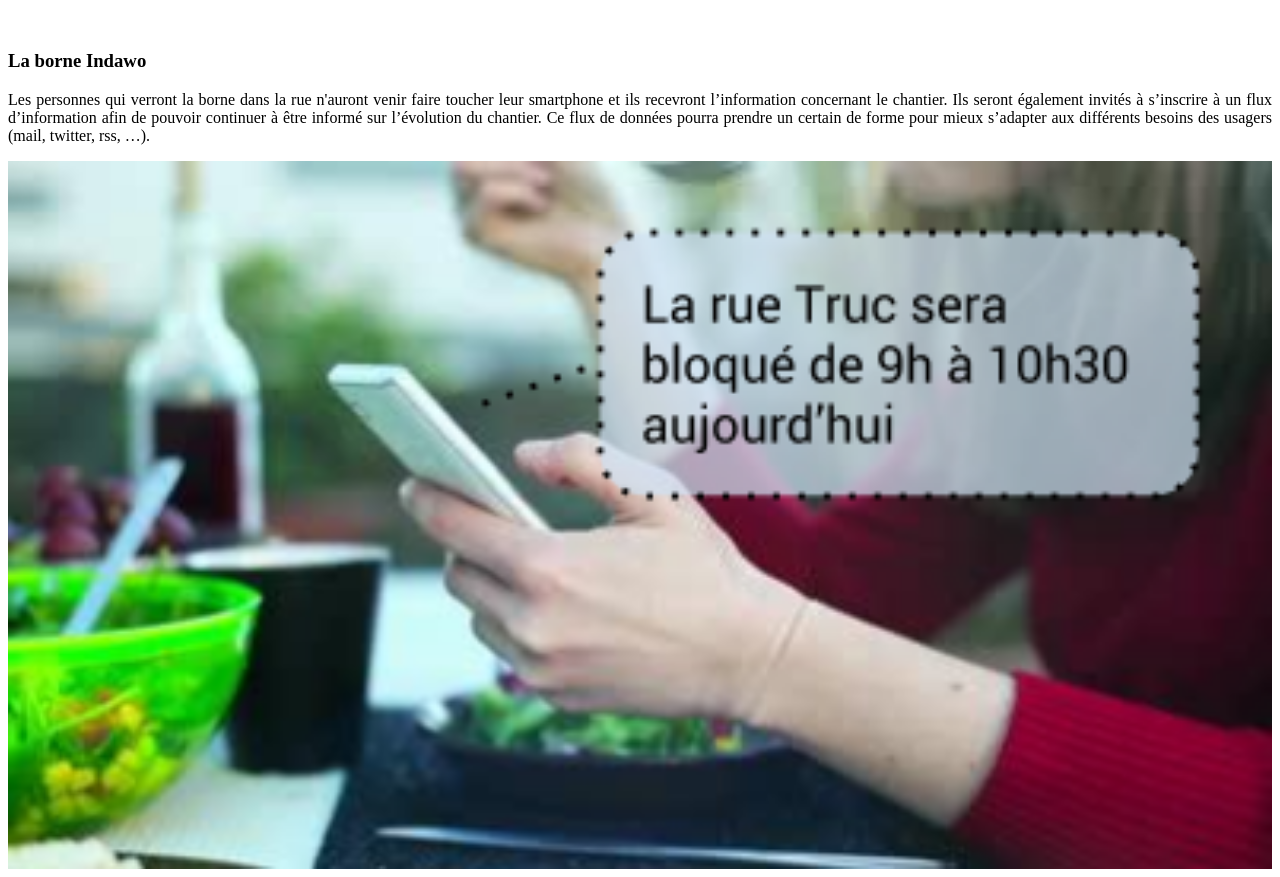
Repository: PierreGauthier/DU-Phase2
Page: duphase2/templates/1indawo1.html
The author's editor kept a record of every edit. The page is drawn from the files as they stood at one moment, then again after the next edit.
The browser window is 1280 px wide. The pictures show the whole page.
The template is drawn by Django 2.2. The application's start-up code is not run. Other server files are loaded and not shown. The template is opened directly, without the code that normally fills it, so the values that code supplies are empty.

Above is the page before.

### duphase2/templates/1indawo1.html

<div class="ui grid">
   <div class="eight wide column" style="text-align:justify;vertical-align: center;" >
       <h3 style="margin-top:50px;">La borne Indawo</h3>
       <p>Les personnes qui verront la borne dans la rue n'auront venir faire toucher leur smartphone et ils recevront l’information concernant le chantier. Ils seront également invités à s’inscrire à un flux d’information afin de pouvoir continuer à être informé sur l’évolution du chantier.
       Ce flux de données pourra prendre un certain de forme pour mieux s’adapter aux différents besoins des usagers (mail, twitter, rss, …).</p>
   </div>
   <div class="eight wide column">
       <center><img src='/static/images/1man1.png' style="width:100%"/></center>
   </div>
</div>

After the next edit:
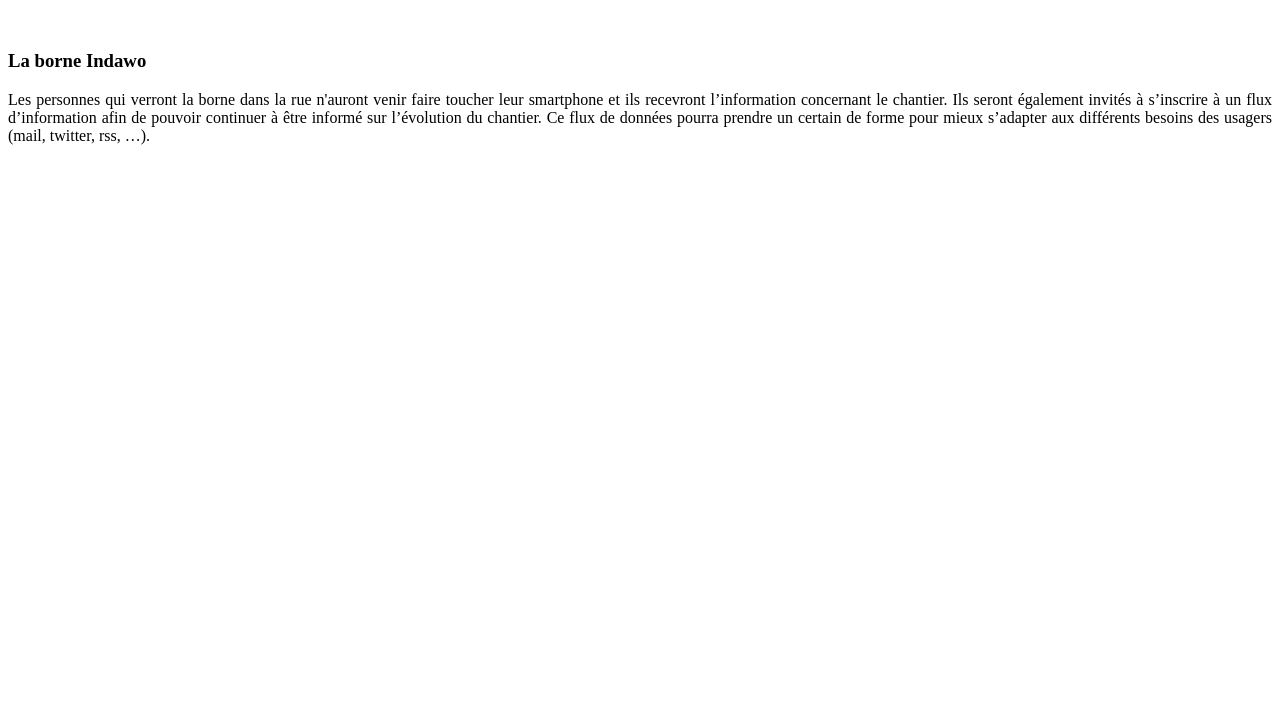
The edit:
--- a/duphase2/templates/1indawo1.html
+++ b/duphase2/templates/1indawo1.html
@@ -5,7 +5,4 @@
        <p>Les personnes qui verront la borne dans la rue n'auront venir faire toucher leur smartphone et ils recevront l’information concernant le chantier. Ils seront également invités à s’inscrire à un flux d’information afin de pouvoir continuer à être informé sur l’évolution du chantier.
        Ce flux de données pourra prendre un certain de forme pour mieux s’adapter aux différents besoins des usagers (mail, twitter, rss, …).</p>
    </div>
-   <div class="eight wide column">
-       <center><img src='/static/images/1man1.png' style="width:100%"/></center>
-   </div>
 </div>
